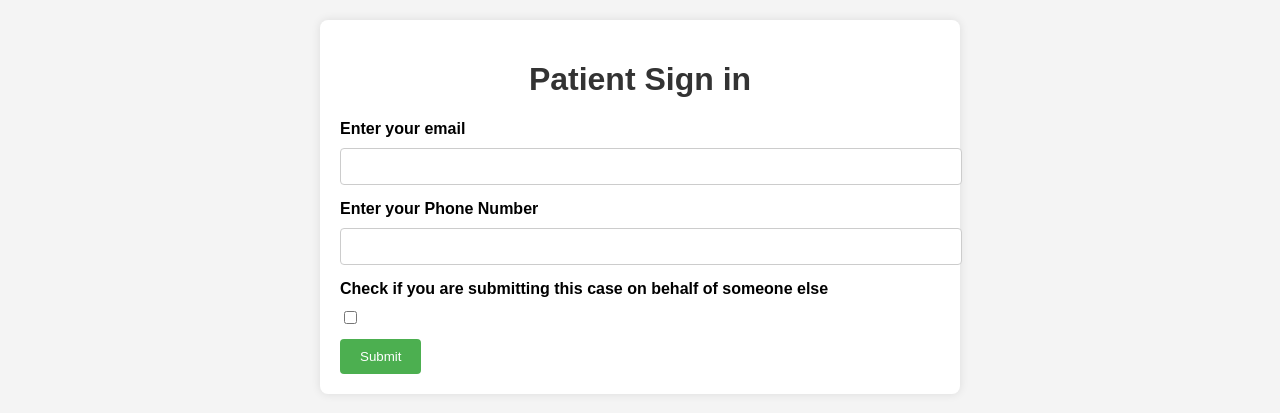
Repository: OmarAl-Saleh/Hospital-Emergency-System
Page: http://localhost/EmergencySystem/patient/sign-in.jsp
An editor plug-in stored every save of this project. The page is shown before and after the next save, followed by the edit.
The browser window is 1280 px wide. The pictures show the whole page.
The page is served by Tomcat 9. Other server files are loaded and not shown.

Above is the page before, as saved 2024-05-26 14:50:17.

### EmergencySystem/EmergencySystem/src/main/webapp/patient/sign-in.jsp
<%@ page language="java" contentType="text/html; charset=ISO-8859-1"
    pageEncoding="ISO-8859-1"%>
<!DOCTYPE html>
<html>
<head>
<meta charset="ISO-8859-1">
<title>Patient sign in page</title>
<style>
   body {
            font-family: Arial, sans-serif;
            background-color: #f4f4f4;
            margin: 0;
            padding: 20px;
        }

        form {
            background-color: white;
            padding: 20px;
            border-radius: 8px;
            box-shadow: 0 0 10px rgba(0, 0, 0, 0.1);
            max-width: 600px;
            margin: auto;
        }

        h1 {
            text-align: center;
            color: #333;
        }

        label {
            display: block;
            margin-bottom: 10px;
            font-weight: bold;
        }

    input[type="text"], input[type="email"], input[type="tel"] {
        width: 100%;
        padding: 10px;
        margin-bottom: 15px;
        border: 1px solid #ccc;
        border-radius: 4px;
    }

    input[type="checkbox"] {
        margin-bottom: 15px;
    }

    input[type="submit"] {
        background-color: #4CAF50;
        color: white;
        border: none;
        padding: 10px 20px;
        cursor: pointer;
        border-radius: 4px;
    }

    input[type="submit"]:hover {
        background-color: #45a049;
    }

    .hidden-section {
        display: none;
    }
    .add-button {
            background-color: #008CBA;
            color: white;
            border: none;
            padding: 10px 20px;
            cursor: pointer;
            border-radius: 4px;
            margin-bottom: 15px;
        }

</style>
<script>
    function togglePatientInfo() {
        var checkbox = document.querySelector('input[name="sub_patient"]');
        var patientInfoDiv = document.getElementById('patient-info');
        patientInfoDiv.style.display = checkbox.checked ? 'block' : 'none';
    }

    function toggleInjuryInfo() {
        var checkbox = document.querySelector('input[name="injured"]');
        var patientInfoDiv = document.getElementById('injury');
        patientInfoDiv.style.display = checkbox.checked ? 'block' : 'none';
    }

    window.onload = function() {
        var checkbox = document.querySelector('input[name="sub_patient"]');
        checkbox.addEventListener('change', togglePatientInfo);
        togglePatientInfo(); // Initial check to set the correct state on page load

        var checkbox2 = document.querySelector('input[name="injured"]');
        checkbox2.addEventListener('change', toggleInjuryInfo);
        toggleInjuryInfo();
    }

    function toggleInjuryInfo() {
        var checkbox = document.querySelector('input[name="injured"]');
        var patientInfoDiv = document.getElementById('injury');
        patientInfoDiv.style.display = checkbox.checked ? 'block' : 'none';
    }

    function addField(containerId, fieldName) {
        const container = document.getElementById(containerId);
        const textarea = document.createElement('textarea');
        textarea.name = fieldName + '[]';
        textarea.required = true;
        container.appendChild(textarea);
    }

</script>
</head>
<body>
<form action="patient" method="get">
    <h1>Patient Sign in </h1>
    <input type="hidden" name="source" value="sign-in"/>
    <label>Enter your email</label>
    <input type="email" name="email" required/>
    <br>
    <label>Enter your Phone Number</label>
    <input type="tel" name="phoneNumber" required/>
    <br>
    <label>Check if you are submitting this case on behalf of someone else</label>
    <input type="checkbox" name="sub_patient" />
    <div id="patient-info" class="hidden-section">
        <br>
        <label>Enter Patient Name</label>
        <input type="text" name="sub_patient_name"/>
        <br>
        <label>Enter Patient Relation</label>
        <input type="text" name="sub_patient_relation"/>

        <br>
        <label for="symptoms">symptoms</label>
        <br>
        <div id="subsymptomscontainer">
            <textarea name="symptoms[]"></textarea>
        </div>
        <br>
        <button type="button" class="add-button" onclick="addField('subsymptomscontainer', 'symptoms')">Add Another symptom</button>
    <label>is the patient injured?</label>
    <input type="checkbox" name="injured" />
    <div id="injury" class="hidden-section">
    	<br>
        <label>Enter injury</label>
        <input type="text" name="injury_name"/>
        <br>
        <label for="img">injury image:</label>
  		<input type="file" id="img" name="img" accept="image/*">
 	 	<br>
    </div>
    </div>
    <br>
    <input type="submit" value="Submit" />
</form>
</body>
</html>

After the next save:
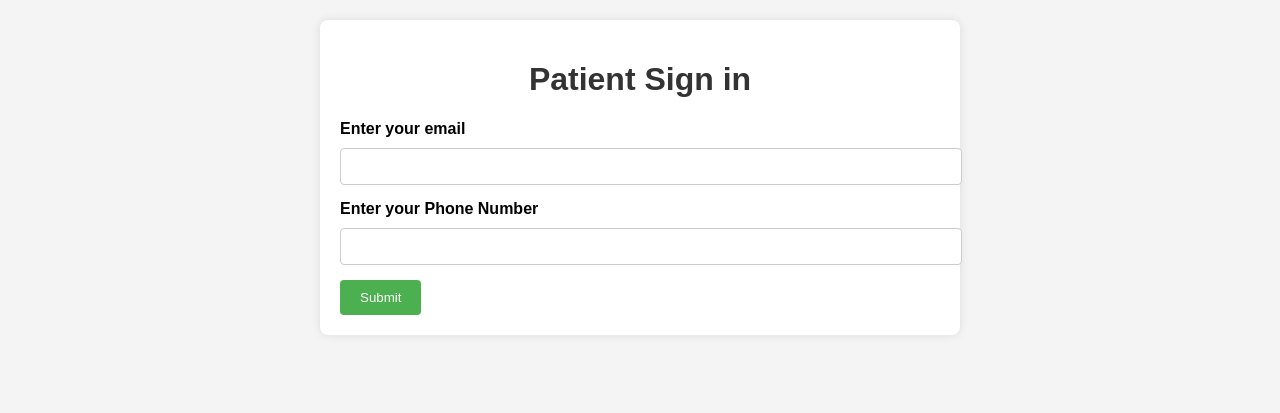
Console error: TypeError: Cannot read properties of null (reading 'addEventListener')
Saved 87 s later.
--- a/EmergencySystem/EmergencySystem/src/main/webapp/patient/sign-in.jsp
+++ b/EmergencySystem/EmergencySystem/src/main/webapp/patient/sign-in.jsp
@@ -120,37 +120,7 @@
     <br>
     <label>Enter your Phone Number</label>
     <input type="tel" name="phoneNumber" required/>
-    <br>
-    <label>Check if you are submitting this case on behalf of someone else</label>
-    <input type="checkbox" name="sub_patient" />
-    <div id="patient-info" class="hidden-section">
-        <br>
-        <label>Enter Patient Name</label>
-        <input type="text" name="sub_patient_name"/>
-        <br>
-        <label>Enter Patient Relation</label>
-        <input type="text" name="sub_patient_relation"/>
 
-        <br>
-        <label for="symptoms">symptoms</label>
-        <br>
-        <div id="subsymptomscontainer">
-            <textarea name="symptoms[]"></textarea>
-        </div>
-        <br>
-        <button type="button" class="add-button" onclick="addField('subsymptomscontainer', 'symptoms')">Add Another symptom</button>
-    <label>is the patient injured?</label>
-    <input type="checkbox" name="injured" />
-    <div id="injury" class="hidden-section">
-    	<br>
-        <label>Enter injury</label>
-        <input type="text" name="injury_name"/>
-        <br>
-        <label for="img">injury image:</label>
-  		<input type="file" id="img" name="img" accept="image/*">
- 	 	<br>
-    </div>
-    </div>
     <br>
     <input type="submit" value="Submit" />
 </form>
